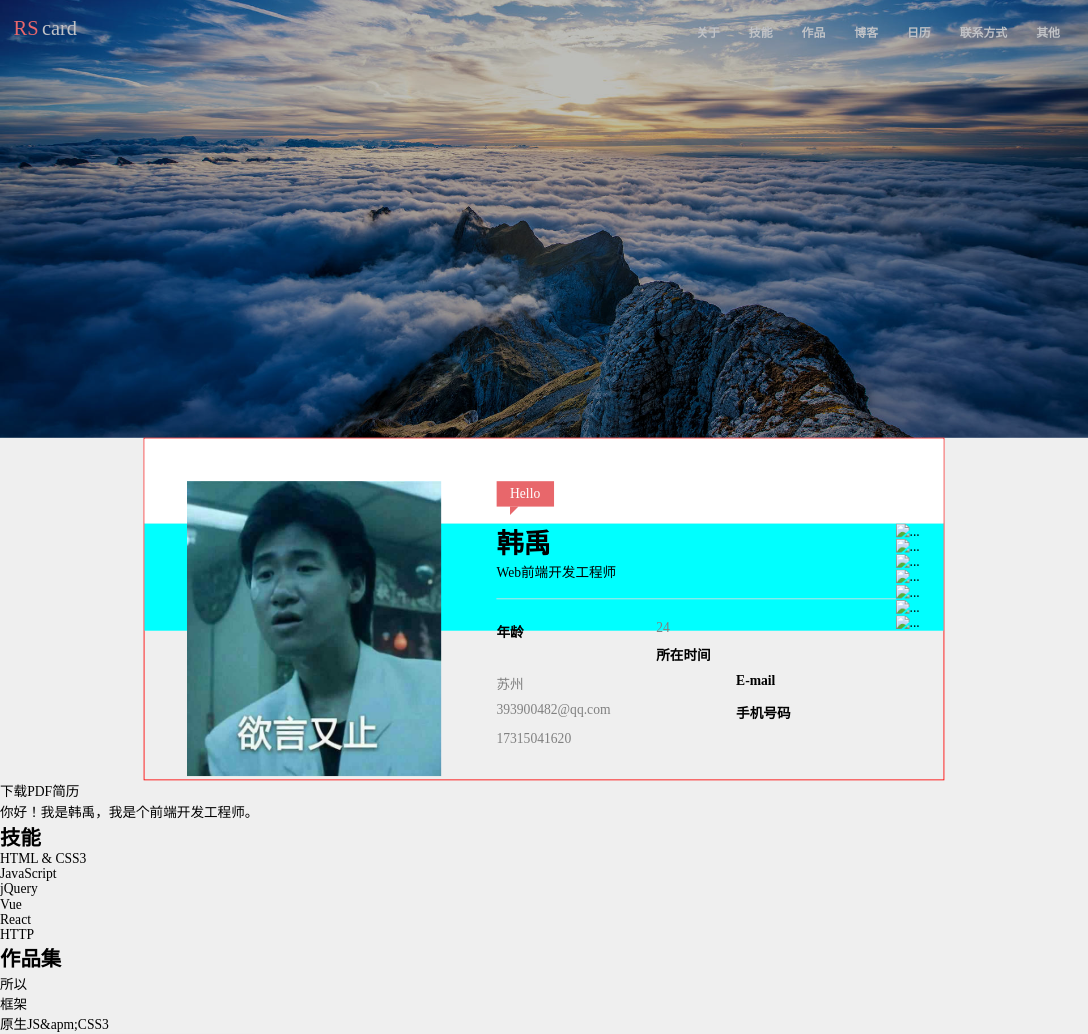
Repository: yorkHan/resume
Page: index.html
The author's editor kept a copy of each file at every save. The page is drawn from the files as they stood at one save, then again after a run of saves.
The browser window is 1280 px wide. The pictures show the whole page, at 85% of full size.

Above is the page before, as saved 2018-04-09 23:41:54.

After the next 4 saves:
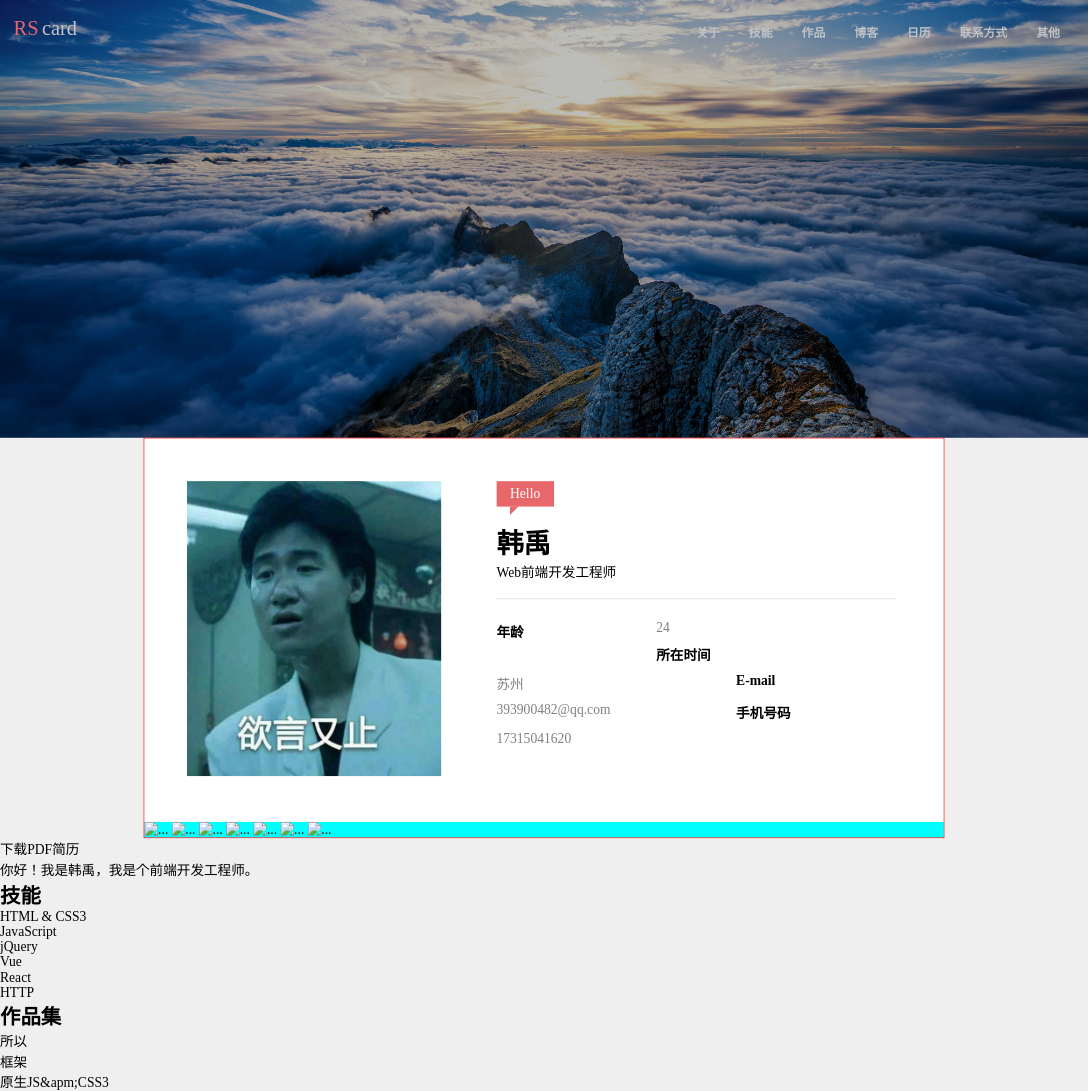
The 4 saves are shown as one change because they came seconds apart.
The last was saved 26 s later.
--- a/index.html
+++ b/index.html
@@ -30,8 +30,8 @@
         <div class="mask"></div>
     </div>
     <main>
-        <div class="usercard clearfix">
-            <div class="textAndPicture">
+        <div class="usercard">
+            <div class="textAndPicture  clearfix">
                 <div class="pic">
                     <img src="./images/avatar.png" style="width:299px;height:347px" alt="头像">
                 </div>
@@ -56,7 +56,7 @@
                 </div>
                 </div>
             </div>
-            <footer class="media">
+            <footer class="media" style="background:">
                 <a href="#"><img src="#" alt="..."></a>
                 <a href="#"><img src="#" alt="..."></a>
                 <a href="#"><img src="#" alt="..."></a>
